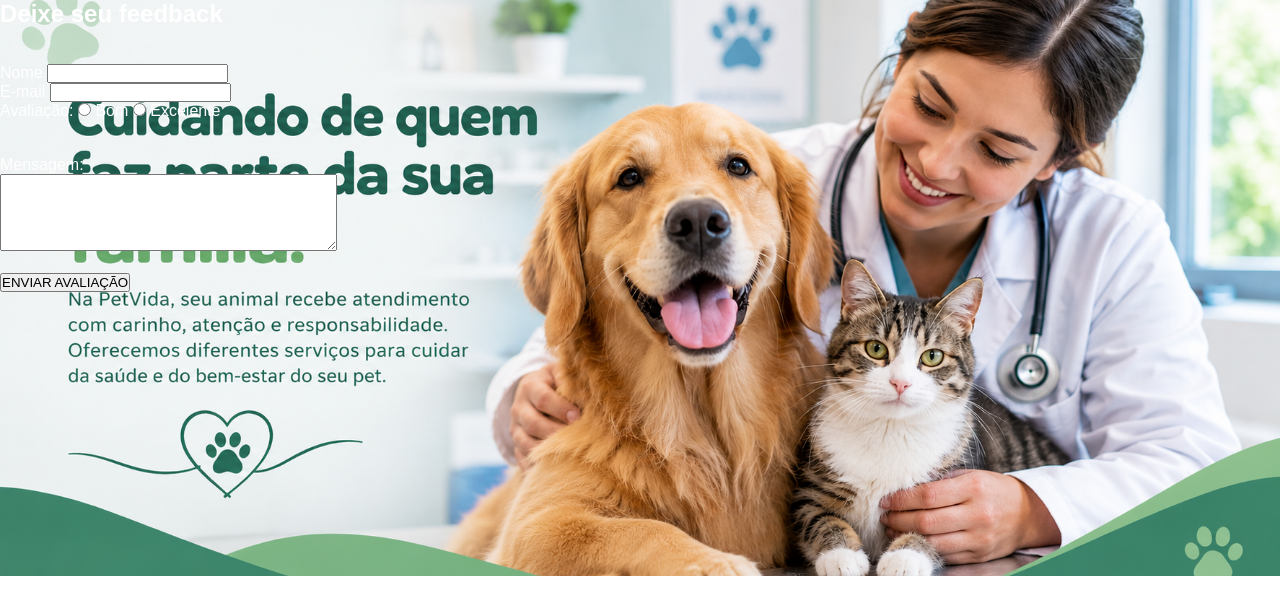
Repository: antonymsantana-design/Veterinario
Page: contatos.html
An editor plug-in stored every save of this project. The page is shown before and after a run of saves, followed by the edit.
The browser window is 1280 px wide. The pictures show the whole page.

Above is the page before, as saved 2026-10-03 18:29:36.

### contatos.html
<!doctype html>
<html lang="pt-br">

<head>
    <meta charset="UTF-8" />
    <meta name="viewport" content="width=device-width, initial-scale=1.0" />
    <title>Cebola Hair</title>
    <link rel="stylesheet" href="style.css" />
    <script src="script3.js" defer></script>
</head>
<header>
    <div class="conteudoH" id="conteudoH">
        <div class="imagem" id="imagem">
            <img src="image/logo.png" alt="logo" class="logoIMG" id="logoIMG" />
        </div>
        <div class="direitaH">
            <div class="links" id="links">
                <a href="serviços.html" class="aLinks" id="servA">Serviços</a>
                <a href="CONTATOS.HTML" class="aLinks" id="contatosA">Contatos</a>
                <a href="Team.html" class="aLinks" id="contatosA">Equipe</a>
            </div>
        </div>
    </div>
</header>

<body>

</body>
<footer id="footer">
    <div class="cimaF">
        <div class="direita">
            <img src="image/logo.png" alt="logo" class="logoIMGF" id="logoIMG" />
        </div>

        <div class="esquerda">
            <p>(13) 13131-1313</p>
            <p>@ClinicaveterinariaPT</p>
            <p>avenida coelho e campos, 13 - Getulio vargas SE</p>
        </div>
    </div>
    <div class="baixoF">
        <p>© 2026 PetVida Clínica Veterinária. Todos os direitos reservados.</p>
    </div>
</footer>

</html>

### style.css
* {
    padding: 0px;
    margin: 0px;
    font-family: Arial, Helvetica, sans-serif;
}

header {
    background-color: #FFFFFF;
    height: 160px;
    display: flex;
    justify-content: center;
    align-items: center;
}

.conteudoH {
    display: flex;
    justify-content: center;
    align-items: center;
    gap: 300px;
}

.imagem {
    margin-left: 20px;
    margin-top: 5px;
    display: flex;
    justify-content: center;
    align-items: center;
    gap: 30px;
    font-weight: 600;
    font-size: 22px;
}

.logoIMG {
    width: 170px;
    margin-bottom: 10px;
    cursor: pointer;
}

.logoH {
    color: white;

}

.links {
    display: flex;
    gap: 20px;
    justify-content: center;
    padding-right: 130px;
    font-size: 18px;
}

.links a {
    text-decoration: none;
    color: #39A96B;
    transition: 0.5s ease;
}

.aLinks:hover {
    transform: translateY(-5px);
    box-shadow: 0 4px 10px rgba(0, 0, 0, 0.15);
    background-color: #39A96B;
    color: #F5F5F5;
    border-radius: 5px;
    width: 120px;
    height: 30px;
    display: flex;
    justify-content: center;
    align-items: center;
}

.btnDiv {
    display: flex;
}

.btn {
    display: flex;
    justify-content: center;
    width: 140px;
    height: 50px;
    background-color: #22C55E;
    border: none;
    color: white;
    align-items: center;
    border-radius: 8px;
    transition: 0.3s ease;
    cursor: pointer;
    font-size: 14px;
}

.btn:hover {
    transform: translateY(-5px);
    box-shadow: 0 8px 15px rgba(0, 0, 0, 0.4);
}

.direitaH {
    display: flex;
    justify-content: center;
    align-items: center;
}

.conteudo {
    background-image: url(image/Cuidando\ de\ Quem\ Amamos.png);
    background-repeat: no-repeat;
    background-size: cover;
    background-position: center;
    height: 80vh;
    color: white;
}

.card {
    background-color: #FDEEC7;
    width: 270px;
    height: 220px;
    display: flex;
    flex-direction: column;
    justify-content: center;
    align-items: center;
    border-radius: 5px;
}

.cards {
    display: flex;
    justify-content: center;
    gap: 40px;
    padding-top: 20px;
    padding-bottom: 20px;
}

.card h4 {
    color: #22C55E;
}

.icone {
    width: 120px;
    height: 120px;
    padding-bottom: 10px;
}

.Our {
    padding-top: 15px;
    text-align: center;
    padding-bottom: 10px;
}

hr {
    color: #22C55E;
    text-align: center;
    margin-left: 920px;
    margin-right: 920px;
}

.agendar {
    display: flex;
    justify-content: space-around;
    align-items: center;
    padding-bottom: 20px;
}

.form {
    background-color: #ECF2F7;
    width: 600px;
    height: 300px;
    border-radius: 7px;
    display: flex;
    justify-content: center;
    flex-direction: column;
}

.formCima {
    padding-top: 20px;
    display: flex;
    justify-content: center;
    align-items: center;
    flex-direction: column;
}

.quadrado {
    display: grid;
    justify-content: center;
    grid-template-columns: repeat(2, 200px);
    gap: 30px;
    column-gap: 70px;
    margin-right: 40px;
}

.esq {
    font-size: 25px;
}

footer {
    display: flex;
    justify-content: center;
    align-items: center;
    flex-direction: column;
    background-color: #FFFFFF;
    color: #39A96B;
    border-top: 1px solid #39A96B;
}

.AbH2 {
    padding-left: 20px;
    padding-right: 20px;
    padding-bottom: 10px;
    padding-top: 10px;
    text-align: center;
}

.AbH3 {
    padding-left: 20px;
    padding-right: 20px;
    padding-bottom: 10px;
    padding-top: 10px;
    text-align: center;
    margin-left: 425px;
    margin-right: 425px;
}

.topc {
    display: flex;
    justify-content: center;
    align-items: center;
    flex-direction: column;
    text-align: center;
    max-width: 350px;
}

.topics {
    display: flex;
    justify-content: center;
    gap: 100px;
    padding-bottom: 25px;
}

.topcIMG {
    width: 290px;
    height: 260px;
    border-radius: 25px;
    cursor: pointer;
    padding-bottom: 10px;
    padding-top: 10px;
}

.topcH {
    padding-bottom: 10px;
}

.cimaF {
    display: flex;
    justify-content: center;
    gap: 450px;
    align-items: center;
    margin-bottom: 4px;
}

.logoIMGF {
    width: 140px;
    cursor: pointer;
}

.esquerda {
    display: flex;
    flex-direction: column;
    gap: 5px;
}

.formu {
    width: 240px;
    height: 30px;
    border-radius: 5px;
    border: none;
}

.forms {
    width: 500px;
    height: 30px;
    border-radius: 5px;
    border: none;
}

.agendarbtn {
    display: flex;
    justify-content: center;
    align-items: center;
    width: 512px;
    height: 40px;
    background-color: #22C55E;
    border: none;
    color: white;
    border-radius: 8px;
    transition: 0.3s ease;
    cursor: pointer;
    margin-top: 15px;
}

.agendarbtn:hover {
    transform: translateY(-5px);
}

.btnAgendar {
    display: flex;
    justify-content: center;
    align-items: center;
}

/*pagina de serviços*/

.primeiro{
    background-color: #F0F9F4;
    width: 300px;
    padding-bottom: 13px;
    margin-left: 20px;
    text-align: center;
    padding-top: 13px;
    flex-wrap: wrap;
    border-radius: 15px;
}

.cards{
    display: grid;
    justify-content: center;
    grid-template-columns: repeat(3, 400px);
    gap: 50px;
    padding-bottom: 15px;

}
.cards .primeiro img{
    width: 250px;
    height: 250px;
    border-radius: 15px;
}
h1{
    text-align: center;
    margin-top: 20px;
    margin-bottom: 20px;
}
.texto{

    color: #3C2415;
}
.preco{
    color: #e4c8a4;
}


/* celular */

@media (max-width: 768px) {

    /* header */
    header {
        height: auto;
        padding: 10px 0;
    }

    .conteudoH {
        flex-direction: column;
        padding-right: 0;
        gap: 15px;
    }

    .imagem {
        margin-left: 0;
        margin-top: 0;
        gap: 10px;
    }

    .logoIMG {
        width: 80px;
        height: 80px;
    }

    .logoH {
        font-size: 20px;
    }

    .direitaH {
        flex-direction: column;
        gap: 15px;
    }

    .links {
        padding-right: 0;
        font-size: 16px;
    }


    .conteudo {
        height: 400px;
    }

    .texto {
        padding-left: 25px;
        padding-right: 25px;
        height: 400px;
        font-size: 25px;
    }

    .texto small {
        font-size: 14px;
    }


    .Our {
        font-size: 25px;
    }

    hr {
        margin-left: 30%;
        margin-right: 30%;
    }

    .cards {
        flex-direction: column;
        align-items: center;
        gap: 20px;
    }

    .card {
        width: 80%;
        max-width: 270px;
    }


    .agendar {
        flex-direction: column;
        gap: 30px;
        padding: 30px 20px;
    }

    .esq {
        font-size: 18px;
        text-align: center;
    }

    .esq h1 {
        font-size: 28px;
    }

    .esq p {
        font-size: 15px;
    }

    .form {
        width: 100%;
        max-width: 600px;
        height: auto;
        padding: 20px 0;
    }

    .forms {
        width: 80%;
    }

    .quadrado {
        grid-template-columns: 1fr;
        gap: 15px;
        margin-right: 0;
    }

    .formu {
        width: 80%;
    }

    .quadrado>div {
        width: 100%;
        text-align: center;
    }

    .quadrado label {
        display: block;
        margin-bottom: 5px;
    }

    .agendarbtn {
        width: 80%;
    }


    footer {
        flex-direction: column;
        gap: 20px;
        padding: 20px;
        text-align: center;
    }

    .esquerda {
        align-items: center;
    }
}

### script3.js
const body = document.querySelector("body");

body.innerHTML = `<div class="conteudo" id="conteudo">

        <h2>Deixe seu feedback</h2>
        <br>

        <div class="formu" id="formu">
            <br>

            <form action="https://formsubmit.co/antony.m.santana@aluno.senai.br" method="POST">

                <input type="hidden" name="_subject" value="Nova mensagem do site">
                <input type="hidden" name="_template" value="table">

                <div class="nome">
                    <label for="nome">Nome</label>
                    <input type="text" name="nome" id="nome" required>
                </div>



                <div class="email">
                    <label for="Email">E-mail</label>
                    <input type="email" name="Email" id="Email" required>
                </div>



                <div class="avaliacao">
                    <label>Avaliação:</label>

                    <input type="radio" name="avaliacao" id="bom" value="Bom">
                    <label for="bom">Bom</label>

                    <input type="radio" name="avaliacao" id="excelente" value="Excelente">
                    <label for="excelente">Excelente</label>

                </div>
                <br><br>

                <label for="mensagem">Mensagem:</label>
                <br>
                <textarea name="mensagem" id="mensagem" rows="5" cols="40"></textarea>

                <br><br>

                <input type="hidden" name="_next" value="http://127.0.0.1:5500/sucsses.html">

                <button type="submit" class="buto" onClick="form()">ENVIAR AVALIAÇÃO</button>
            </form>
        </div>
    </div>`

After the next 2 saves:
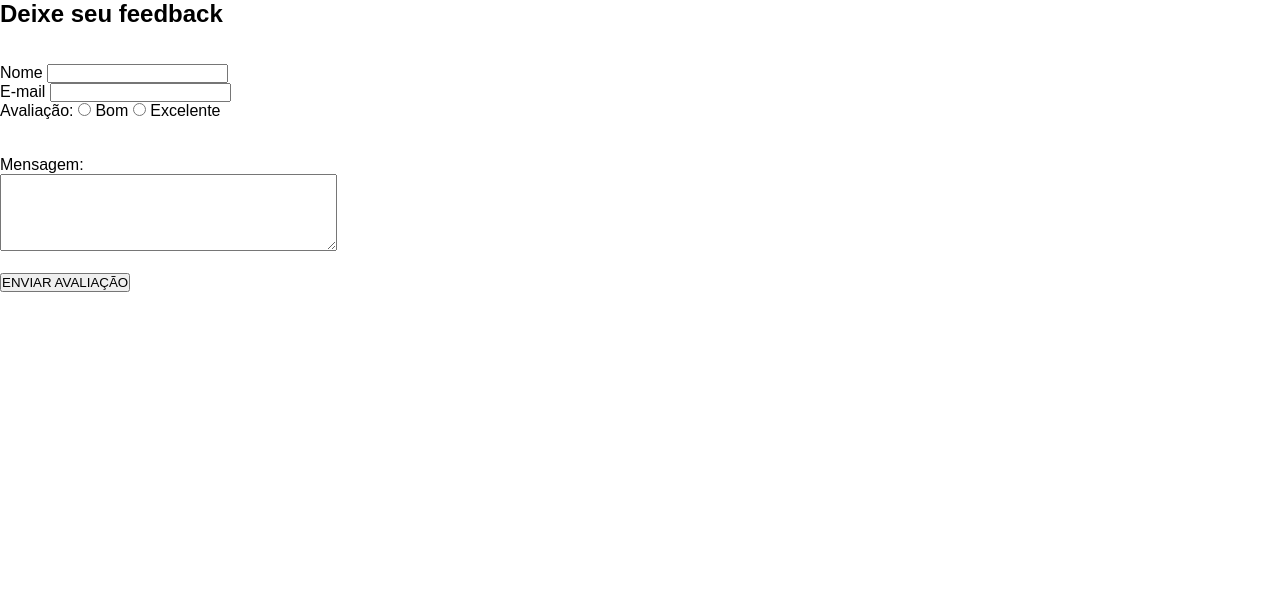
The 2 saves are shown as one change because they came seconds apart.
The last was saved 50 s later.
--- a/script3.js
+++ b/script3.js
@@ -1,6 +1,6 @@
 const body = document.querySelector("body");
 
-body.innerHTML = `<div class="conteudo" id="conteudo">
+body.innerHTML = `<div class="conteudu" id="conteudu">
 
         <h2>Deixe seu feedback</h2>
         <br>
